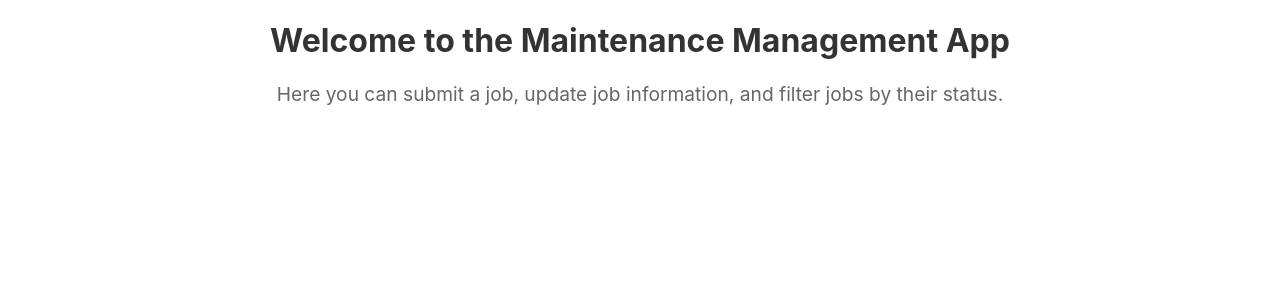
Repository: mikasteyn999/Maintenance-Manager-App
Page: /jobs (app in frontend/)
An editor plug-in stored every save of this project. The page is shown before and after the next save, followed by the edit.
The browser window is 1280 px wide. The pictures show the whole page.
The page's requests for data from a server got no answer. The project was rebuilt for these pictures with package versions that can differ from the ones it lists, and the page was loaded fresh each time. No one was signed in, and anything a server would have sent is missing. Also part of the build but not shown: frontend/src/style/JobForm.css, frontend/src/components/JobForm.js, frontend/src/style/Job.css, frontend/src/components/Job.js, frontend/src/components/Home.js.

Above is the page before, as saved 2023-06-01 09:46:46.

After the next save:
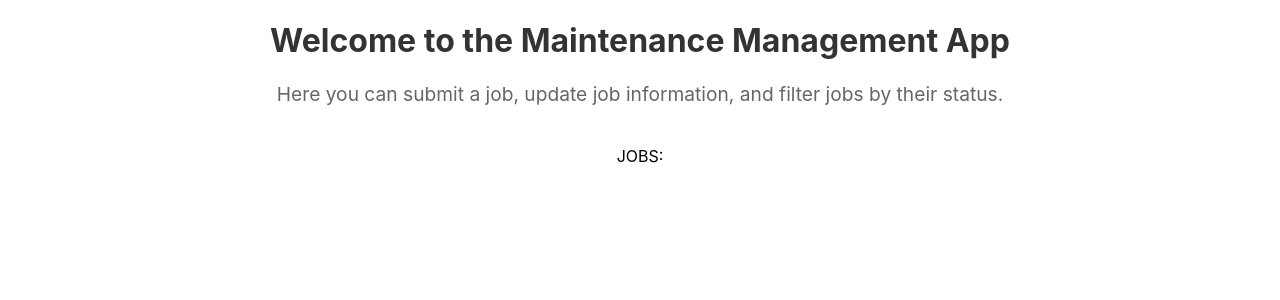
Saved 66 s later.
--- a/frontend/src/components/JobsList.js
+++ b/frontend/src/components/JobsList.js
@@ -22,6 +22,7 @@ const JobsList = () => {
 
     return (
       <div className="jobs-list">
+        <div>JOBS:</div>
         {jobs.map((job) => (
           <Job key={job._id} job={job} />
         ))}
